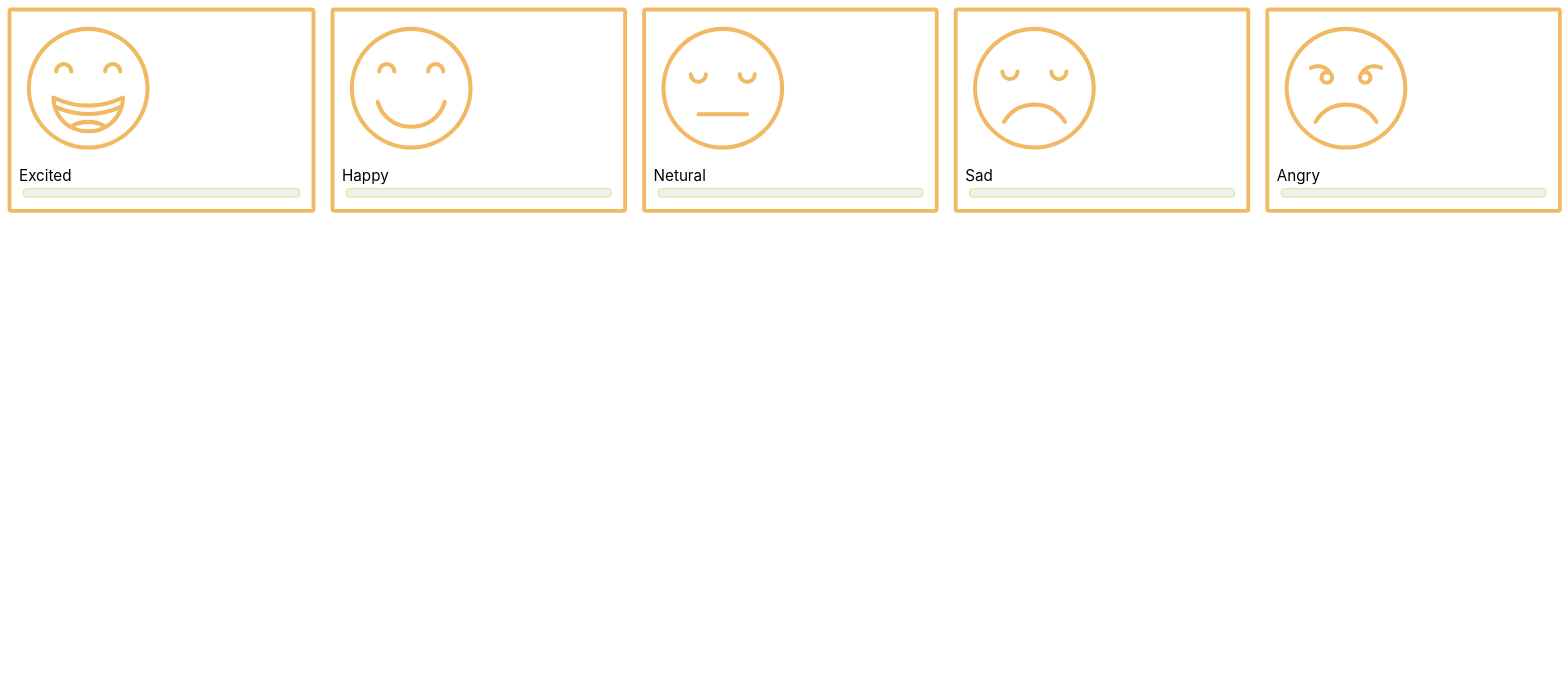
Repository: majakesin/moodify-app
Page: /
An editor plug-in stored every save of this project. The page is shown before and after the next save, followed by the edit.
The browser window is 1280 px wide. The page is 1644 px wide, then 1280 px, so the pictures cover 1644 px, including what lies to the right of the window. The pictures show the whole page, at 95% of full size.
The project was rebuilt for these pictures with package versions that can differ from the ones it lists, and the page was loaded fresh each time.

Above is the page before, as saved 2023-08-21 12:39:22.

### public/index.html
<!DOCTYPE html>
<html lang="en">
  <head>
    <meta charset="utf-8" />
    <link rel="icon" href="%PUBLIC_URL%/logo.svg" />
    <meta name="viewport" content="width=device-width, initial-scale=1" />
    <meta name="theme-color" content="#000000" />
    <meta
      name="description"
      content="Moodify -- App that gives yours ears the best music based on your mood"
    />
    <link rel="apple-touch-icon" href="%PUBLIC_URL%/logo.svg" />
    <!--
      manifest.json provides metadata used when your web app is installed on a
      user's mobile device or desktop. See https://developers.google.com/web/fundamentals/web-app-manifest/
    -->
    <link rel="manifest" href="%PUBLIC_URL%/manifest.json" />
    <!--
      Notice the use of %PUBLIC_URL% in the tags above.
      It will be replaced with the URL of the `public` folder during the build.
      Only files inside the `public` folder can be referenced from the HTML.

      Unlike "/favicon.ico" or "favicon.ico", "%PUBLIC_URL%/favicon.ico" will
      work correctly both with client-side routing and a non-root public URL.
      Learn how to configure a non-root public URL by running `npm run build`.
    -->
    <title>Moodify</title>
  </head>
  <body>
    <noscript>You need to enable JavaScript to run this app.</noscript>
    <div id="root"></div>
    <!--
      This HTML file is a template.
      If you open it directly in the browser, you will see an empty page.

      You can add webfonts, meta tags, or analytics to this file.
      The build step will place the bundled scripts into the <body> tag.

      To begin the development, run `npm start` or `yarn start`.
      To create a production bundle, use `npm run build` or `yarn build`.
    -->
  </body>
</html>

### src/App.js
import "./App.css";
import ChooseMood from "./pages/ChooseMood";

function App() {
  return (
    <div className="App">
      <ChooseMood />
    </div>
  );
}

export default App;

### src/App.css

button {
  border: 1px solid var(--first-color);
  border-radius: 4px;
  padding: 4px;
  margin: 4px;
}

### src/pages/ChooseMood/index.jsx
import { moods } from 'src/data/moods'
import Mood from 'src/components/Mood';

import styles from './index.module.css';

const ChooseMood = () => {

    return (
        <div className={styles.wrap}>
            {moods.map(({ type, icon }) => {
                return (<Mood type={type} icon={icon} />)
            })}
        </div>
    )

};

export default ChooseMood;

### src/data/moods.js
export const moods = [
    {
        type: 'Excited',
        icon: <svg id="SvgjsSvg1081" xmlns="http://www.w3.org/2000/svg" version="1.1" xmlnsXlink="http://www.w3.org/1999/xlink" xmlnsSvgjs="http://svgjs.com/svgjs">
                <defs id="SvgjsDefs1082"></defs>
                <g id="SvgjsG1083">
                    <svg   preserveAspectRatio="xMidYMid meet" xmlns="http://www.w3.org/2000/svg" data-name="Layer 1" viewBox="0 0 1012 1012" width="288" height="288">
                        <path fill="currentcolor" d="M416.51318,95.48682A226.99992,226.99992,0,1,0,95.48682,416.51318,226.99992,226.99992,0,1,0,416.51318,95.48682ZM256,468C139.103,468,44,372.897,44,256S139.103,44,256,44s212,95.103,212,212S372.897,468,256,468ZM137.5,202a7.50006,7.50006,0,0,0,7.5-7.5,20.5,20.5,0,0,1,41,0,7.5,7.5,0,0,0,15,0,35.5,35.5,0,0,0-71,0A7.50006,7.50006,0,0,0,137.5,202Zm181,0a7.50006,7.50006,0,0,0,7.5-7.5,20.5,20.5,0,0,1,41,0,7.5,7.5,0,0,0,15,0,35.5,35.5,0,0,0-71,0A7.50006,7.50006,0,0,0,318.5,202Zm69.95947,82.13037a7.49875,7.49875,0,0,0-7.27832-.356A284.51645,284.51645,0,0,1,257.5,313h-1.48a284.55042,284.55042,0,0,1-125.2002-29.2251A7.4999,7.4999,0,0,0,120,290.5a132.31839,132.31839,0,0,0,79.15625,121.32324A131.47888,131.47888,0,0,0,252.5,423h7a132.5854,132.5854,0,0,0,127.794-97.37988A133.06894,133.06894,0,0,0,392,290.5,7.5003,7.5003,0,0,0,388.45947,284.13037ZM259.5,408h-7a116.58888,116.58888,0,0,1-46.02222-9.36157C219.72205,391.8783,237.33752,388,256.002,388c18.66236,0,36.27466,3.87708,49.51734,10.63538A116.56076,116.56076,0,0,1,259.5,408Zm83.08691-34.41309a117.56809,117.56809,0,0,1-21.38024,16.93219C305.07166,379.48517,281.17847,373,256.002,373c-25.18383,0-49.0852,6.48932-65.22168,17.52966a116.81051,116.81051,0,0,1-46.07495-53.13611,299.90773,299.90773,0,0,0,111.31323,21.61036c.5044,0,1.01612-.00147,1.52051-.00391A300.023,300.023,0,0,0,367.2478,337.40454,117.86031,117.86031,0,0,1,342.58691,373.58691ZM373.6593,318.347A284.8703,284.8703,0,0,1,257.46094,344c-.49219.00293-.97412.00391-1.46387.00391a284.90227,284.90227,0,0,1-117.65942-25.65967,117.74477,117.74477,0,0,1-2.72388-15.77832A299.64178,299.64178,0,0,0,256.02,328h1.519a299.80874,299.80874,0,0,0,118.84668-25.43555A117.6884,117.6884,0,0,1,373.6593,318.347Z" class="color2c2b2d svgShape"></path>
                    </svg>
                </g>
             </svg>
    },
    {
        type: 'Happy',
        icon: <svg id="SvgjsSvg1102" width="288" xmlns="http://www.w3.org/2000/svg" version="1.1" xmlnsXlink="http://www.w3.org/1999/xlink" xmlnsSvgjs="http://svgjs.com/svgjs">
                <defs id="SvgjsDefs1103"></defs>
                <g id="SvgjsG1104">
                    <svg xmlns="http://www.w3.org/2000/svg" data-name="Layer 1" viewBox="0 0 1012 1012" width="288" height="288">
                        <path fill="currentcolor" d="M382.042,299.40674a7.496,7.496,0,0,0-9.21582,5.251A117.42927,117.42927,0,0,1,259.5,391h-7a117.41578,117.41578,0,0,1-113.32715-86.33447,7.49971,7.49971,0,1,0-14.46484,3.96875A132.417,132.417,0,0,0,252.5,406h7a132.58733,132.58733,0,0,0,127.793-97.37744A7.4999,7.4999,0,0,0,382.042,299.40674ZM416.51367,95.48682A227.00026,227.00026,0,0,0,95.48633,416.51318,227.00026,227.00026,0,0,0,416.51367,95.48682ZM256,468C139.10254,468,44,372.897,44,256S139.10254,44,256,44s212,95.103,212,212S372.89746,468,256,468ZM137.5,202a7.49974,7.49974,0,0,0,7.5-7.5,20.5,20.5,0,0,1,41,0,7.5,7.5,0,0,0,15,0,35.5,35.5,0,0,0-71,0A7.49974,7.49974,0,0,0,137.5,202Zm181,0a7.49974,7.49974,0,0,0,7.5-7.5,20.5,20.5,0,0,1,41,0,7.5,7.5,0,0,0,15,0,35.5,35.5,0,0,0-71,0A7.49974,7.49974,0,0,0,318.5,202Z" class="color2c2b2d svgShape"></path>
                    </svg>
                </g>
            </svg> ,
    },
    {
        type: 'Netural',
        icon: <svg id="SvgjsSvg1123" width="288" xmlns="http://www.w3.org/2000/svg" version="1.1" xmlnsXlink="http://www.w3.org/1999/xlink" xmlnsSvgjs="http://svgjs.com/svgjs">
                <defs id="SvgjsDefs1124"></defs>
                <g id="SvgjsG1125">
                    <svg xmlns="http://www.w3.org/2000/svg" data-name="Layer 1" viewBox="0 0 1012 1012" width="288" height="288">
                        <path fill="currentcolor" d="M201,204.5a7.5,7.5,0,0,0-15,0,20.5,20.5,0,0,1-41,0,7.5,7.5,0,0,0-15,0,35.5,35.5,0,0,0,71,0ZM374.5,197a7.50006,7.50006,0,0,0-7.5,7.5,20.5,20.5,0,0,1-41,0,7.5,7.5,0,0,0-15,0,35.5,35.5,0,0,0,71,0A7.50006,7.50006,0,0,0,374.5,197ZM416.51318,95.48682A226.99992,226.99992,0,1,0,95.48682,416.51318,226.99992,226.99992,0,1,0,416.51318,95.48682ZM256,468C139.103,468,44,372.897,44,256S139.103,44,256,44s212,95.103,212,212S372.897,468,256,468Zm90-123H166a7.5,7.5,0,0,0,0,15H346a7.5,7.5,0,0,0,0-15Z" class="color2c2b2d svgShape"></path>
                    </svg>
                </g>
            </svg>,
    },
    {
        type: 'Sad',
        icon: <svg id="SvgjsSvg1193" width="288" xmlns="http://www.w3.org/2000/svg" version="1.1" xmlnsXlink="http://www.w3.org/1999/xlink" xmlnsSvgjs="http://svgjs.com/svgjs">
                <defs id="SvgjsDefs1194"></defs>
                <g id="SvgjsG1195">
                    <svg xmlns="http://www.w3.org/2000/svg" data-name="Layer 1" viewBox="0 0 1012 1012" width="288" height="288">
                         <path fill="currentcolor" d="M165.5,230A35.54028,35.54028,0,0,0,201,194.5a7.5,7.5,0,0,0-15,0,20.5,20.5,0,0,1-41,0,7.5,7.5,0,0,0-15,0A35.54028,35.54028,0,0,0,165.5,230Zm209-43a7.50006,7.50006,0,0,0-7.5,7.5,20.5,20.5,0,0,1-41,0,7.5,7.5,0,0,0-15,0,35.5,35.5,0,0,0,71,0A7.50006,7.50006,0,0,0,374.5,187ZM353.19336,347.94678A132.16887,132.16887,0,0,0,259.5,309.14014h-7a131.47793,131.47793,0,0,0-53.34082,11.17529,133.55143,133.55143,0,0,0-62.24854,56.51221,7.50013,7.50013,0,0,0,13.07911,7.34472,118.4576,118.4576,0,0,1,55.21435-50.1289A116.57358,116.57358,0,0,1,252.5,324.14014h7a117.16738,117.16738,0,0,1,83.08691,34.41308,117.92616,117.92616,0,0,1,19.42432,25.62061,7.5,7.5,0,0,0,13.07715-7.34766A132.92018,132.92018,0,0,0,353.19336,347.94678Zm63.31982-252.46A226.99992,226.99992,0,1,0,95.48682,416.51318,226.99992,226.99992,0,1,0,416.51318,95.48682ZM256,468C139.103,468,44,372.897,44,256S139.103,44,256,44s212,95.103,212,212S372.897,468,256,468Z" class="color2c2b2d svgShape"></path>
                    </svg>
                </g>
            </svg>,
    },
    {
        type: 'Angry',
        icon: <svg id="SvgjsSvg1217" width="288" xmlns="http://www.w3.org/2000/svg" version="1.1" xmlnsXlink="http://www.w3.org/1999/xlink" xmlnSvgjs="http://svgjs.com/svgjs">
                <defs id="SvgjsDefs1218"></defs>
                     <g id="SvgjsG1219">
                        <svg xmlns="http://www.w3.org/2000/svg" data-name="Layer 1" viewBox="0 0 1012 1012" width="288" height="288">
                            <path fill="currentcolor" d="M353.19336,347.94629A132.1737,132.1737,0,0,0,259.5,309.13965h-7a131.5101,131.5101,0,0,0-53.3418,11.17578,133.55212,133.55212,0,0,0-62.24707,56.51172,7.49995,7.49995,0,0,0,13.07813,7.3457A118.46814,118.46814,0,0,1,205.20313,334.043,116.60013,116.60013,0,0,1,252.5,324.13965h7a117.16506,117.16506,0,0,1,83.08691,34.41406,117.92838,117.92838,0,0,1,19.42481,25.62012,7.49957,7.49957,0,1,0,13.07617-7.34766A132.91978,132.91978,0,0,0,353.19336,347.94629ZM416.51367,95.48682A227.00044,227.00044,0,0,0,95.48633,416.51367,227.00044,227.00044,0,0,0,416.51367,95.48682ZM256,468C139.10254,468,44,372.89746,44,256,44,139.103,139.10254,44,256,44s212,95.103,212,212C468,372.89746,372.89746,468,256,468ZM175.12207,188.29736c.96533.53955,1.88086,1.10938,2.769,1.69336a27.02454,27.02454,0,1,0,28.58863,9.52246,62.7776,62.7776,0,0,0-24.04029-24.31005c-27.82519-15.55176-56.1748-2.73292-59.31445-1.21973a7.49994,7.49994,0,1,0,6.50977,13.51367C132.05762,186.33057,153.91113,176.44189,175.12207,188.29736ZM185.12012,204a12,12,0,1,1-12,12A12.01344,12.01344,0,0,1,185.12012,204ZM388.875,173.9834c-3.1416-1.51367-31.49121-14.33447-59.31348,1.21924a62.778,62.778,0,0,0-24.04126,24.31054,26.989,26.989,0,1,0,28.58887-9.52234c.88843-.58435,1.804-1.15429,2.76978-1.694,21.21191-11.85743,43.06347-1.96631,45.48632-.79981A7.49994,7.49994,0,1,0,388.875,173.9834ZM338.87988,216a12,12,0,1,1-12-12A12.01343,12.01343,0,0,1,338.87988,216Z" class="color2c2b2d svgShape"></path>
                        </svg>
                    </g>
            </svg>
    }
]

### src/components/Mood/index.jsx
import styles from './index.module.css';

const Mood = (props) => {

    const { type, icon } = props;

    return (
        <div className={styles.card}>
            <div className={styles.icon}>
                {icon}
            </div>
            <div className={styles.content}>
               <span className={styles.title}> {type} </span>
             <button></button>
            </div>
        </div>
    )
};

export default Mood;

### src/pages/ChooseMood/index.module.css

.wrap {
    display: flex;
    flex-direction: row;
}

### src/components/Mood/index.module.css

@import '../../styles/variables.css';

.card {
    border: 4px solid var(--third-color);
    border-radius: 4px;
    margin: 8px;
    padding: 8px;
    width: 40vw;
}

.icon {
    color: var(--third-color);
}

.content {
    display: flex;
    flex-direction: column;

}

### src/styles/variables.css
:root,
    :root.rainbow {
        --first-color: #cbf078;
        --second-color: #f8f398;
        --third-color: #f1b963;
        --fourth-color: #e46161;
    }
    :root.blue {
        --first-color: #5585b5;
        --second-color: #53a8b6;
        --third-color: #79c2d0;
        --fourth-color: #bbe4e9;
    }
    :root.pink {
        --first-color: #45171d;
        --second-color: #e84a5f;
        --third-color: #ff847c;
        --fourth-color: #fecea8;

    }

Loaded but not shown: src/index.js (common file); src/index.css (common file); src/reportWebVitals.js (common file)

After the next save:
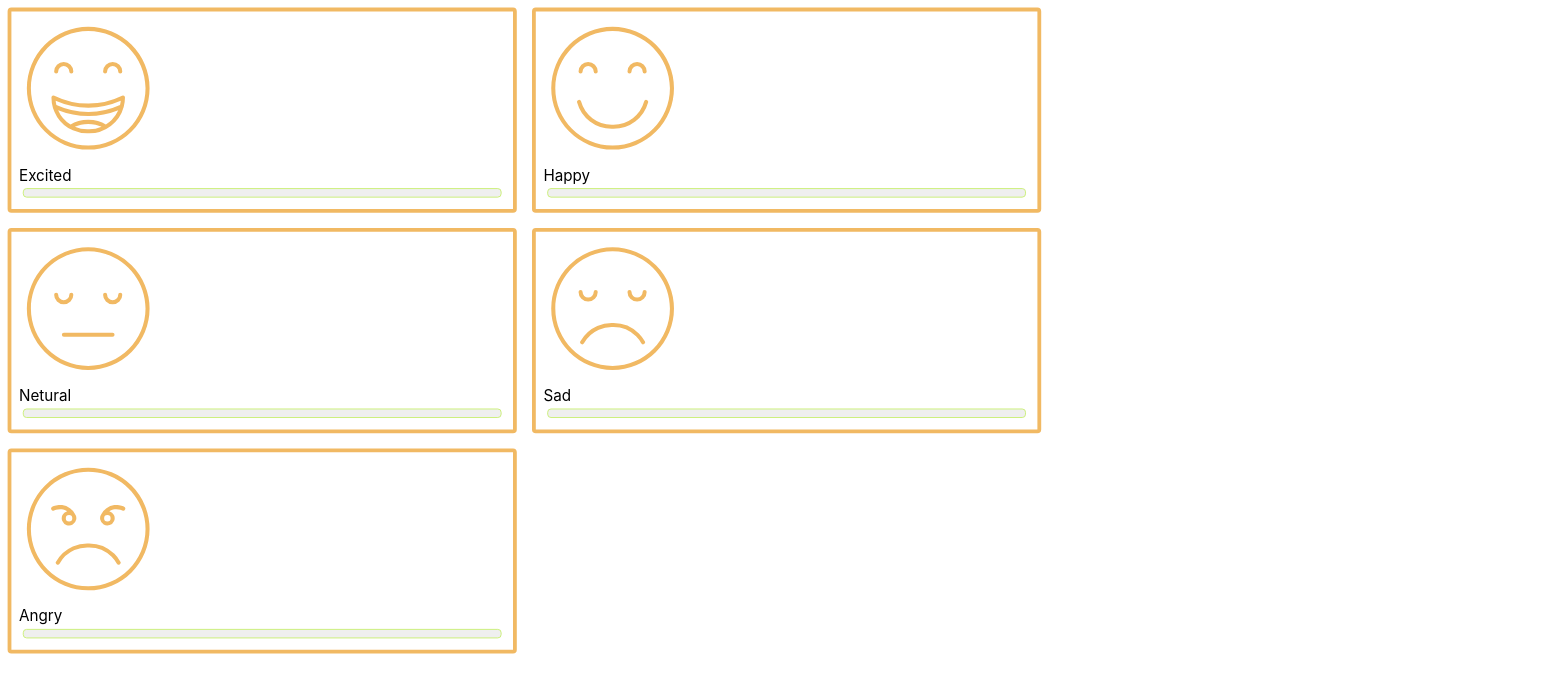
Saved 20 s later.
--- a/src/pages/ChooseMood/index.module.css
+++ b/src/pages/ChooseMood/index.module.css
@@ -2,4 +2,5 @@
 .wrap {
     display: flex;
     flex-direction: row;
+    flex-wrap: wrap;
 }
